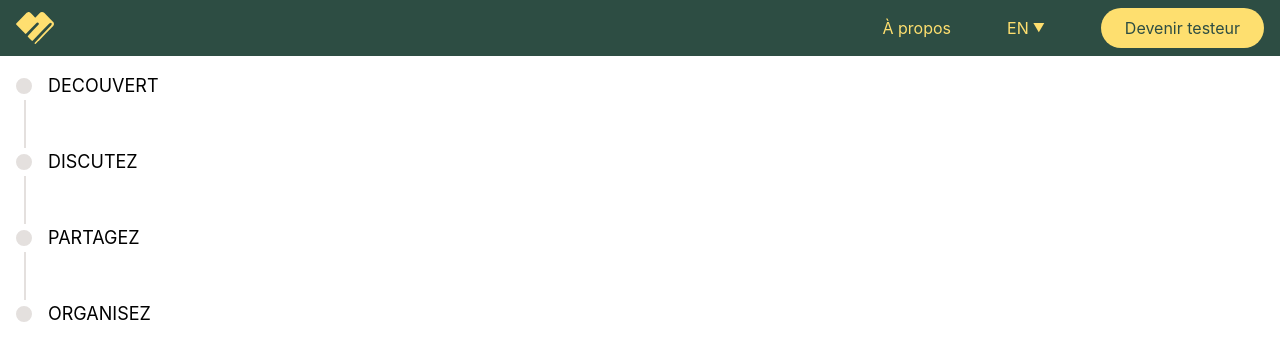
Repository: enas-elm/bookish-landing
Page: /
An editor plug-in stored every save of this project. The page is shown before and after the next save, followed by the edit.
The browser window is 1280 px wide. The pictures show the whole page.
The project was rebuilt for these pictures with package versions that can differ from the ones it lists, and the page was loaded fresh each time.

Above is the page before, as saved 2024-09-11 16:03:00.

### src/index.css
@tailwind base;
@tailwind components;
@tailwind utilities;

body {
  margin: 0;
  font-family: -apple-system, BlinkMacSystemFont, 'Segoe UI', 'Roboto', 'Oxygen',
    'Ubuntu', 'Cantarell', 'Fira Sans', 'Droid Sans', 'Helvetica Neue',
    sans-serif;
  -webkit-font-smoothing: antialiased;
  -moz-osx-font-smoothing: grayscale;
}

code {
  font-family: source-code-pro, Menlo, Monaco, Consolas, 'Courier New',
    monospace;
}

@layer base {
  @font-face {
      font-family: 'DM Sans Italic';
      src: url('../public/font/DMSans-VariableFont_opsz,wght.ttf') format('truetype');
      font-weight: 100 900;
       font-style: italic;
  }
  @font-face {
        font-family: "Passion One";
        src: url('../public/font/PassionOne-Regular.ttf') format('truetype');
        font-weight: normal;
        font-style: normal;
    }
    @font-face {
            font-family: "DM Display";
            src: url('../public/font/DMSerifDisplay-Regular.ttf') format('truetype');
            font-weight: normal;
            font-style: normal;
        }
    @font-face {
                font-family: "Inter";
                src: url('../public/font/Inter-VariableFont_opsz,wght.ttf') format('truetype');
                font-weight: 700;
            }
}

### src/App.js
import logo from "./logo.svg";
import "./App.css";
import Navbar from "./components/Navbar";
import "./index.css";
import TimeLine from "./components/TimeLine";

function App() {
  return (
    <div className="App">
      <header className="header">
        <Navbar />
      </header>
      <TimeLine />
    </div>
  );
}

export default App;

### src/components/Navbar.js
import React, { useState, useRef, useEffect } from 'react'

const Navbar = () => {
  const [language, setLanguage] = useState('EN')
  const [dropdownOpen, setDropdownOpen] = useState(false)
  const dropdownRef = useRef(null)

  const toggleDropdown = () => {
    setDropdownOpen(!dropdownOpen)
  };

  const selectLanguage = (lang) => {
    setLanguage(lang)
    setDropdownOpen(false)
  };

  useEffect(() => {
    const handleClickOutside = (event) => {
      if (dropdownRef.current && !dropdownRef.current.contains(event.target)) {
        setDropdownOpen(false)
      }
    };
    document.addEventListener('mousedown', handleClickOutside)
    return () => {
      document.removeEventListener('mousedown', handleClickOutside)
    };
  }, [])

  return (
    <nav className="w-full bg-green px-4 py-2 flex justify-between items-center">
      <div className="flex-shrink-0">
        <img src="/Vector-jaune.svg" alt="Bookish" className="h-8" />
      </div>

      <div className="flex items-center gap-5 justify-end space-x-6">
        <a href="/about" className="hover:underline text-yellow">
          À propos
        </a>
        <div className="relative" ref={dropdownRef}>
          <button
            className="bg-transparent text-yellow px-3 py-1 focus:outline-none flex items-center gap-1"
            onClick={toggleDropdown}
          >
            {language} <span className="text-xs">▼</span>
          </button>

          {dropdownOpen && (
            <div className="absolute right-0 mt-2 py-2 w-32 bg-white text-black rounded-md shadow-lg z-10">
              <button
                className={`block w-full text-left px-4 py-2 hover:bg-gris ${language === 'EN' ? 'bg-gris' : ''}`}
                onClick={() => selectLanguage('EN')}
              >
                EN
              </button>
              <button
                className={`block w-full text-left px-4 py-2 hover:bg-gris ${language === 'FR' ? 'bg-gris' : ''}`}
                onClick={() => selectLanguage('FR')}
              >
                FR
              </button>
            </div>
          )}
        </div>

        <button className="bg-yellow text-green px-6 py-2 rounded-full hover:bg-yellow-500 hover:scale-105 hover:shadow-lg transition transform duration-300 ease-in-out">
          Devenir testeur
        </button>
      </div>
    </nav>
  )
}

export default Navbar

### src/components/TimeLine.js
import React, { useState } from "react";

const menuItems = [
  { id: 1, label: "DECOUVERT" },
  { id: 2, label: "DISCUTEZ" },
  { id: 3, label: "PARTAGEZ" },
  { id: 4, label: "ORGANISEZ" },
];

function TimelineMenu() {
  const [selectedItem, setSelectedItem] = useState(null);

  const handleClick = (id) => {
    setSelectedItem(id);
  };

  return (
    <div className="flex flex-col items-start p-4">
      {menuItems.map((item, index) => (
        <div key={item.id} className="flex flex-col items-start">
          {/* Timeline Item */}
          <div
            onClick={() => handleClick(item.id)}
            className={`flex items-center cursor-pointer transition-colors mb-4 ${
              selectedItem === item.id ? "text-green text-5xl" : "text-gray-700"
            }`}
          >
            <div
              className={`w-4 h-4 rounded-full bg-gris border-gris border-2 mr-4 transition-colors ${
                selectedItem === item.id ? "bg-green bg-blue-500" : "w-4 h-4"
              }`}
            ></div>
            <span className="text-lg">{item.label}</span>
          </div>
          {/* Vertical Line */}
          {index < menuItems.length - 1 && (
            <div
              className={`h-12 bg-gris -mt-4 border-gris border-l-2 ml-2 transition-colors ${
                selectedItem === item.id ? "border-blue-500" : "border-gray-400"
              }`}
            ></div>
          )}
        </div>
      ))}
    </div>
  );
}

export default TimelineMenu;

### tailwind.config.js
/** @type {import('tailwindcss').Config} */
module.exports = {
  content: ["./src/**/*.{js,jsx,ts,tsx}"],
  theme: {
    colors: {
      green: "#2D4D43",
      greenlight: "#8EBDAF",
      white: "#FAFAFA",
      beige: "#D8CCB5",
      black: "#131313",
      gris: "#E4E0DE",
      "gris-foncé": "#1B1E28",
      yellow: "#FEDF6F",
    },
    fontFamily: {
      "dm-sans-italic": ['"DM Sans Italic"', "sans-serif"],
      "passion-one": ["PassionOne-Regular"],
      "dm-display": ["DMSerifDisplay-Regular"],
      inter: ["Inter"],
    },
    extend: {},
  },
  plugins: [],
};

Loaded but not shown: public/index.html (common file); src/index.js (common file); src/reportWebVitals.js (common file); src/App.css (common file)

After the next save:
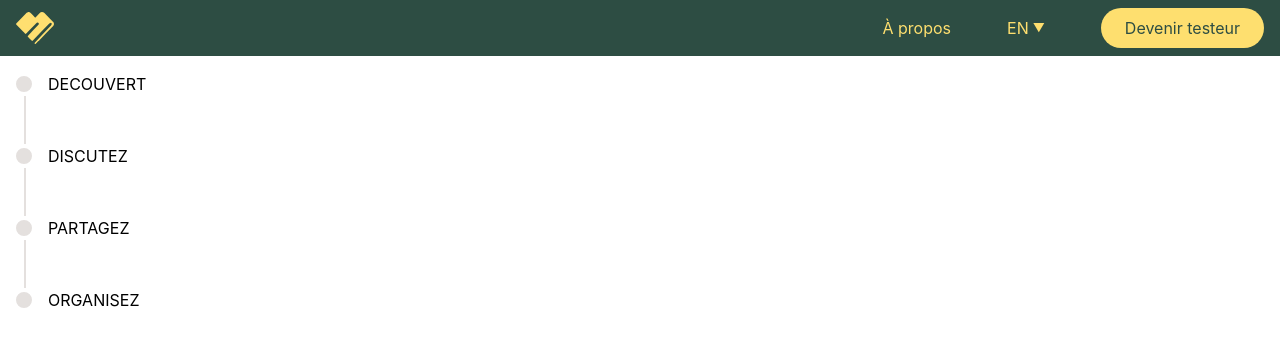
Saved 7 min 53 s later.
--- a/src/components/TimeLine.js
+++ b/src/components/TimeLine.js
@@ -27,10 +27,16 @@ function TimelineMenu() {
           >
             <div
               className={`w-4 h-4 rounded-full bg-gris border-gris border-2 mr-4 transition-colors ${
-                selectedItem === item.id ? "bg-green bg-blue-500" : "w-4 h-4"
+                selectedItem === item.id ? "bg-blue-500" : "bg-gray-400"
               }`}
             ></div>
-            <span className="text-lg">{item.label}</span>
+            <span
+              className={`transition-transform duration-300 ${
+                selectedItem === item.id ? "text-xl" : "text-base"
+              }`}
+            >
+              {item.label}
+            </span>
           </div>
           {/* Vertical Line */}
           {index < menuItems.length - 1 && (
